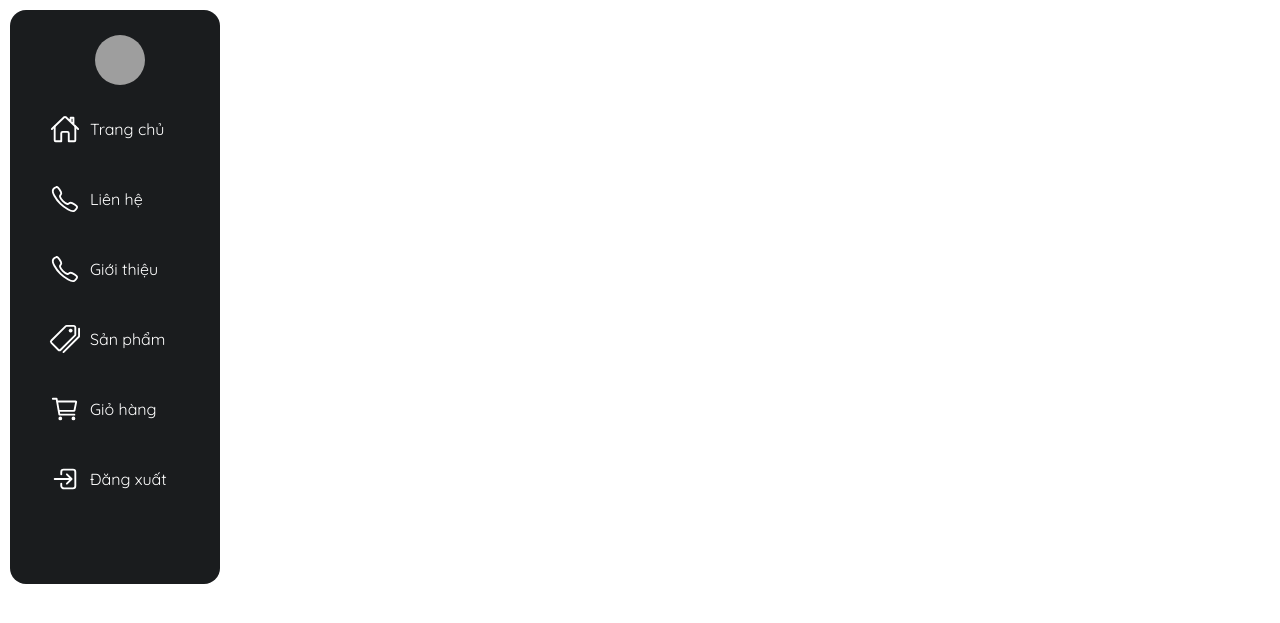
Repository: Fuocmanh/demo
Page: site/nav.html
An editor plug-in stored every save of this project. The page is shown before and after the next save, followed by the edit.
The browser window is 1280 px wide. The pictures show the whole page.
Pictures or frames that could not be fetched are drawn as grey boxes.

Above is the page before, as saved 2022-12-30 12:28:52.

After the next save:
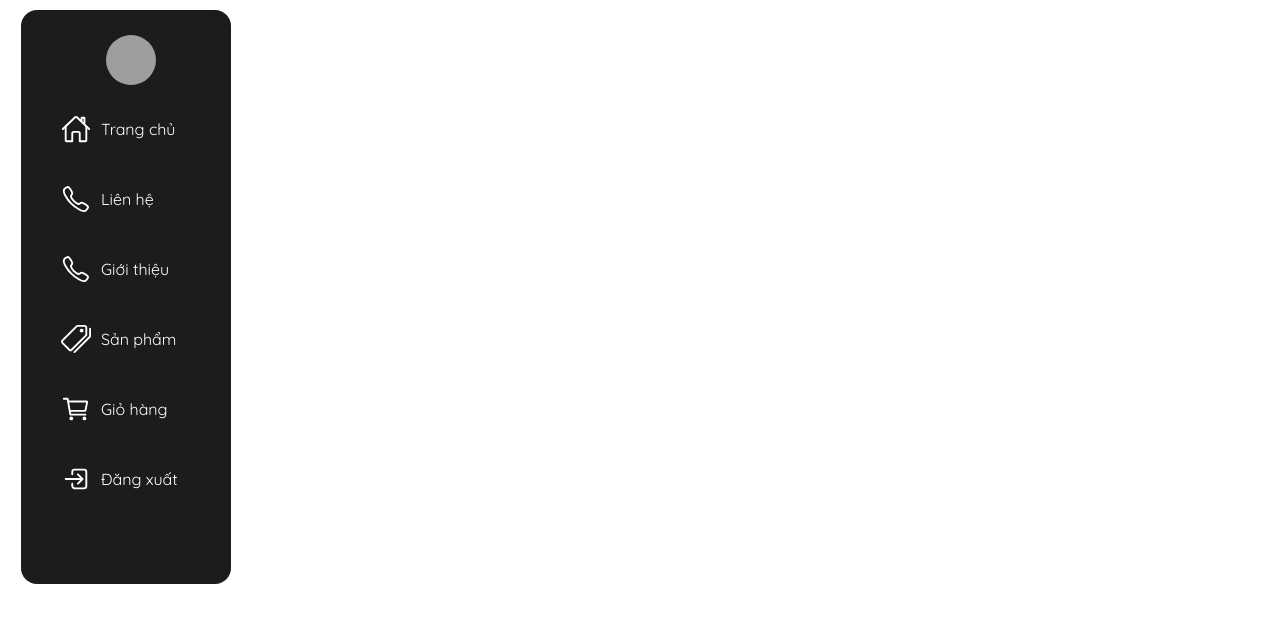
Saved 5 s later.
--- a/css/style.css
+++ b/css/style.css
@@ -19,7 +19,7 @@ html {
     height: 100%;
     padding: 50px 5px;
     border-radius: 16px;
-    transform: translate(10px,10px);
+    transform: translate(10%,10px);
 }
 
 ion-icon {
